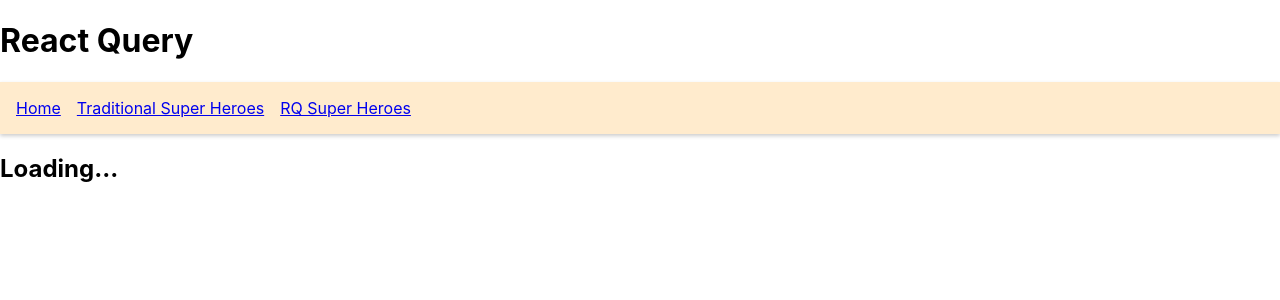
Repository: maescode/simple-react-admin-dashboard
Page: /super-heroes
These files come from the project's save history. The page is drawn as it stood at one moment and after the next save; the edit follows.
The browser window is 1280 px wide. The pictures show the whole page.
The project was rebuilt for these pictures with package versions that can differ from the ones it lists, and the page was loaded fresh each time. Requests to the local data server were answered from the project's data file. Also part of the build but not shown: src/components/table.css, src/react-tables/components/BasicTable.js, src/react-tables/components/PaginationTable.js, src/react-query/components/Home.Page.js, src/react-query/components/RQSuperHeroes.Page.js. Imported but missing from the stored project, and not drawn on this page: src/react-tables/components/columns.

Above is the page before, as saved 2022-07-26 18:08:29.

After the next save:
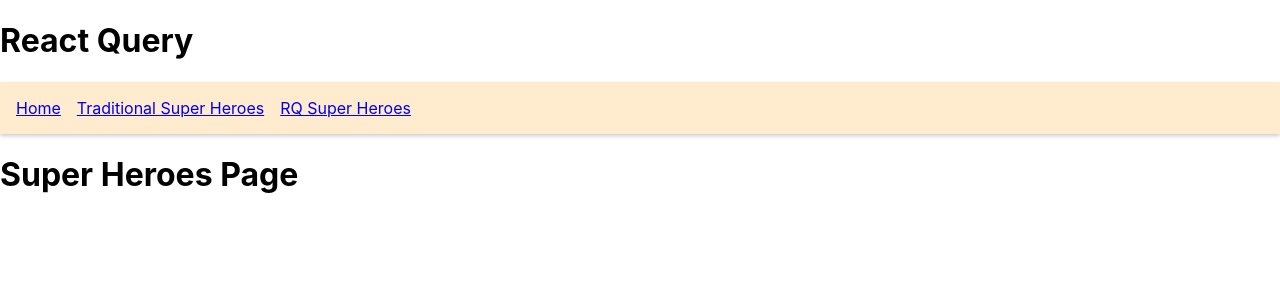
Saved 40 s later.
--- a/src/react-query/components/SuperHeroes.page.js
+++ b/src/react-query/components/SuperHeroes.page.js
@@ -8,7 +8,7 @@
   useEffect(() => {
     axios.get('http://localhost:3004/superheroes').then((res) => {
       setData(res.data);
-      setIsLoading(true);
+      setIsLoading(false);
     });
   }, []);
 
